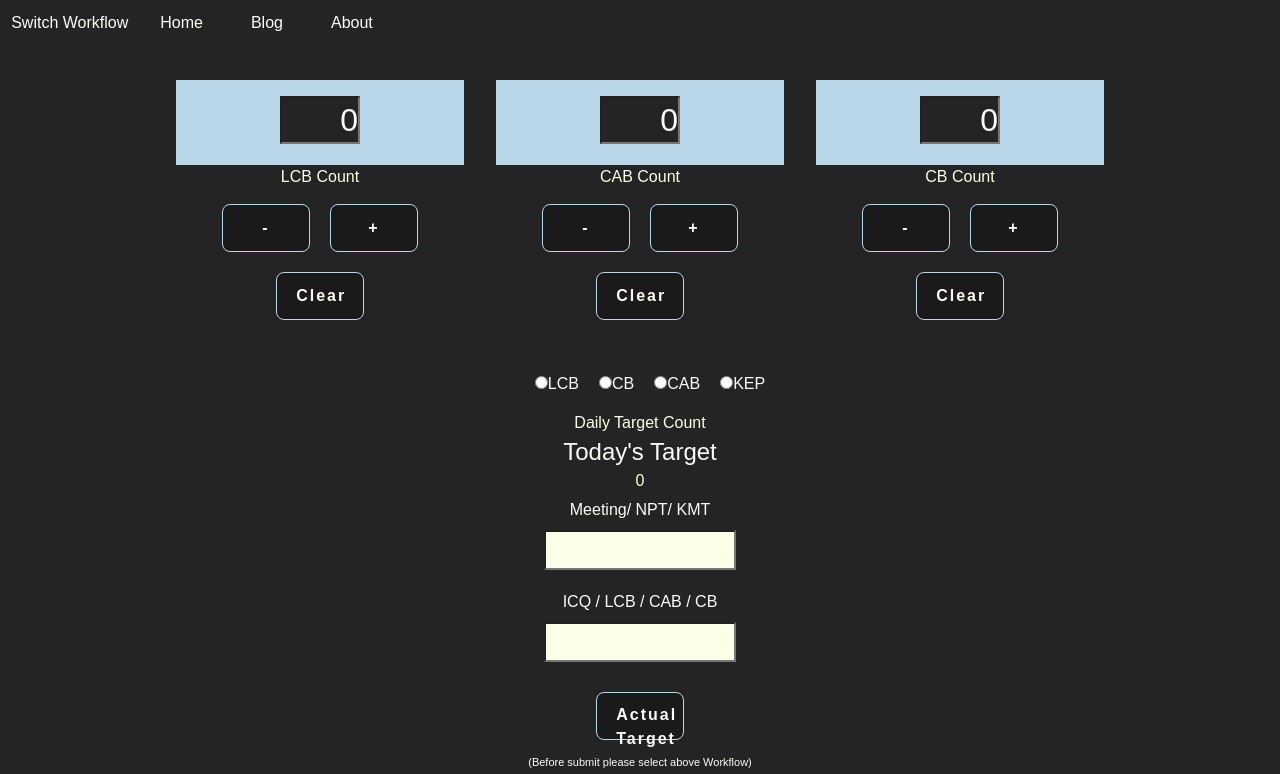
Repository: suraj-yadav7/SwitchWorkflow-Count-reactjs
Page: /
An editor plug-in stored every save of this project. The page is shown before and after the next save, followed by the edit.
The browser window is 1280 px wide. The pictures show the whole page.
Some web fonts or font styles are not loaded; a fallback is used. The project was rebuilt for these pictures with package versions that can differ from the ones it lists, and the page was loaded fresh each time.

Above is the page before, as saved 2023-04-20 11:24:26.

### src/App.js
import './App.css';
import DailyTarget from './Components/DailyTarget';
import TitleCount from './Components/TitleCount';

function App() {
  return (
    <>
    <TitleCount />
    <DailyTarget />
    </>
  );
}

export default App;

### src/App.css
@import url('https://fonts.googleapis.com/css2?family=Orbitron:wght@400;500&family=Roboto:wght@400;500&family=Stardos+Stencil&display=swap');

*{
  margin: 0;
  padding: 0;
  box-sizing: border-box;

  font-family: 'Stardos Stencil',sans-serif;
  font-size: 16px;
  line-height: 24px;
  font-weight: 400;

  /* color-scheme: light dark; */
  color: #FEFBF6;
  background-color: #242424;

  /* font-synthesis: none; */
  /* text-rendering: optimizeLegibility; */
  /* -webkit-font-smoothing: antialiased;
  -moz-osx-font-smoothing: grayscale; */

}
.cardText{
  color: #FCFFE7;
  /* font-size: 1.8rem; */
  margin: 5px;
  font-family: 'Stardos Stencil', cursive, sans-serif;

}
.inputArea{
  background-color: #FCFFE7;
  font-family: 'Stardos Stencil', cursive,;
  color: red;
  font-size: 1.4rem;
  height: 2.5rem;
  width: 60%;
}

button{
  width: 5.5rem;
  margin: 10px;
  height: 3rem;
  border-radius: 8px;
  border: 0.5px solid #BAD7E9;
  padding: 0.6em 1.2em;
  font-size: 1rem;
  letter-spacing: 2px;
  font-weight: 700;
  font-family: 'Stardos Stencil', cursive, sans-serif;
  background-color: #1a1a1a;
  cursor: pointer;
  transition: border-color 0.25s;
}
button:hover {
  border-color: #646cff;
}
button:focus,
button:focus-visible {
  outline: 4px auto -webkit-focus-ring-color;
}
a{
  font-weight: 500;
  color: #646cff;
  text-decoration: inherit;
}
a:hover {
  color: #535bf2;
}
li,a{
  list-style: none;
}
/* Nav bar */
nav{
  width: 100%;
  height: 3rem;
  display: flex;
  padding: 0.7rem;
  font: 400 1.2rem san-serif;
}
nav > ul{
  display: flex;
  gap: 3rem;
  margin-left: 2rem;
}

.container1{
  display:flex ;
  justify-content: center;
  align-items: center;
  gap: 2rem;
  padding: 2rem;
}

.card-body{
  text-align: center;
}
.card{
  background-color :#BAD7E9;
}

.card >input{
  width: 5rem;
  height: 3rem;
  font-size: 2rem;
  text-align: right;
  margin:1rem  6.5rem;
}

/* Daily Target style */
.dailyTarget{
  align-items: center;
  display: flex;
  justify-content: center;
}

.textType{
  display: flex;
  flex-direction: column;
  width: 20rem;
  align-items: center;
  justify-content: center;
}
.textType >input{
  margin: 8px 0px 20px 0px;
  text-align: center;
}

.radioBtn >input{
  margin-left: 20px;
}

/* gitcode */

### src/Components/DailyTarget.jsx
import React from 'react'
import {useState, useEffect} from "react"
const DailyTarget = () => {
        const [target, setTarget] = useState({
            targ:0,
            npt:0,
            icq:0
        })

        const [radioBtn, setradioBtnClick] = useState("")

        const inputVal1 = (e)=>{
            let val = parseInt(e.target.value)
            console.log(val)
            setTarget((prev)=> ({...prev, npt:val || 0}))
        }

        const inputVal2 = (e)=>{
            let val = parseInt(e.target.value)
            console.log(val)
            setTarget((prev)=> ({...prev, icq:val || 0}))

        }

        const targetHandle = (e) =>{
            if(radioBtn === "LCB"){
                let output = ((955-target.icq)-((parseInt((target.npt/0.502).toFixed())) - parseInt((target.icq/6).toFixed())))
                setTarget((prev)=>({...prev,targ:output}))
            }
            else if(radioBtn === "CB") {
                let output = ((310-target.icq)-((parseInt((target.npt/1.548).toFixed())) - parseInt((target.icq/6).toFixed())))
                // let output = parseInt(310-((parseInt((target.npt).toFixed())) + parseInt((target.icq/6).toFixed())))
                // console.log(310-((target.npt/1.548) + (target.icq/6)))
                setTarget((prev)=>({...prev,targ:output}))
                console.log("the final reulst",target.targ)
            }
            else if(radioBtn === "CAB") {
                let output = ((442-target.icq)-((parseInt((target.npt/1.085).toFixed())) + parseInt((target.icq/6).toFixed())))
                setTarget((prev)=>({...prev,targ:output}))
            }

        }
            useEffect(()=>{
                setTarget((prev)=>({...prev,targ:0}))
            },[radioBtn])

    return (
        <>
            <div className='dailyTarget'>
                <div class="card card2" >
                    <div class="card-body textType">
                    <div className="radioBtn" style={{margin: "10px"}}>
                        <input type='radio' onChange={e => setradioBtnClick(e.target.value)} name="workFlow" value="LCB"/>LCB
                        <input type='radio'onChange={e => setradioBtnClick(e.target.value)} name="workFlow" value="CB"/>CB
                        <input type='radio' onChange={e => setradioBtnClick(e.target.value)} name="workFlow" value="CAB"/>CAB
                        <input type='radio'onChange={e => setradioBtnClick(e.target.value)} name="workFlow" value="KEP"/>KEP
                    </div>
                        <h5 class="card-title cardText">Daily Target Count</h5>
                        <span style={{fontSize: "1.5rem"}}>Today's Target</span><h3 className='cardText'>{target.targ<=0?0:target.targ}</h3>
                        <span>Meeting/ NPT/ KMT</span><input type='text' name="npt"  className='inputArea' onChange={inputVal1} />
                        <span>ICQ / LCB / CAB / CB</span><input type='text' name="icq"  className='inputArea' onChange={inputVal2} />
                        <button  onClick={targetHandle}>Actual Target</button>
                        <p style={{fontSize: "11px"}}>(Before submit please select above Workflow)</p>
                    </div>
                </div>

            </div>
        </>
    )
}

export default DailyTarget

### src/Components/TitleCount.jsx
import React from 'react'
import { useState, useEffect } from 'react'
const TitleCount = () => {

    const [lcbCount, setLcbCount] = useState(parseInt(localStorage.getItem("lcbKey")) || 0)
    const [cbCount, setcbCount] = useState(parseInt(localStorage.getItem("cbKey")) || 0)
    const [cabCount, setCabCount] = useState(parseInt(localStorage.getItem("cabKey")) || 0)

    useEffect(()=>{
        localStorage.setItem("lcbKey", lcbCount)
        localStorage.setItem("cbKey", cbCount)
        localStorage.setItem("cabKey", cabCount)
    },[lcbCount,cbCount,cabCount])

    return (
        <>
        <nav>
            <span>Switch Workflow</span>
                <ul>
                    <li>Home</li>
                    <li>Blog</li>
                    <li>About</li>
                </ul>
        </nav>
            <div className="container1">
                <div class="card" style={{width: "18rem"}}>
                    <input type='text' name="lcbCount" value={lcbCount}/>
                    <div class="card-body">
                        <h5 class="card-title cardText">LCB Count</h5>
                        <button onClick={()=>setLcbCount(val => (lcbCount>0 ? val-1: 0))}>-</button>
                        <button onClick={()=>setLcbCount(val => val+1)}>+</button>
                        <button onClick={()=>setLcbCount(0)}>Clear</button>
                    </div>
                </div>
                <div class="card" style={{width: "18rem"}}>
                    <input type='text' name="cabCount" value={cabCount}/>
                    <div class="card-body">
                        <h5 class="card-title cardText">CAB Count</h5>
                        <button onClick={()=>setCabCount(val => (cabCount>0 ? val-1: 0))}>-</button>
                        <button onClick={()=>setCabCount(val => val+1)}>+</button>
                        <button onClick={()=>setCabCount(0)}>Clear</button>
                    </div>
                </div>
                <div class="card" style={{width: "18rem"}}>
                    <input type='text' name="cbCount" value={cbCount}/>
                    <div class="card-body">
                        <h5 class="card-title  cardText ">CB Count</h5>
                        <button onClick={()=>setcbCount(val => (cbCount>0 ? val-1: 0))}>-</button>
                        <button onClick={()=>setcbCount(val => val+1)}>+</button>
                        <button onClick={()=>setcbCount(0)}>Clear</button>
                    </div>
                </div>
            </div>

        </>
    )
}

export default TitleCount

Loaded but not shown: src/index.js (common file)

After the next save:
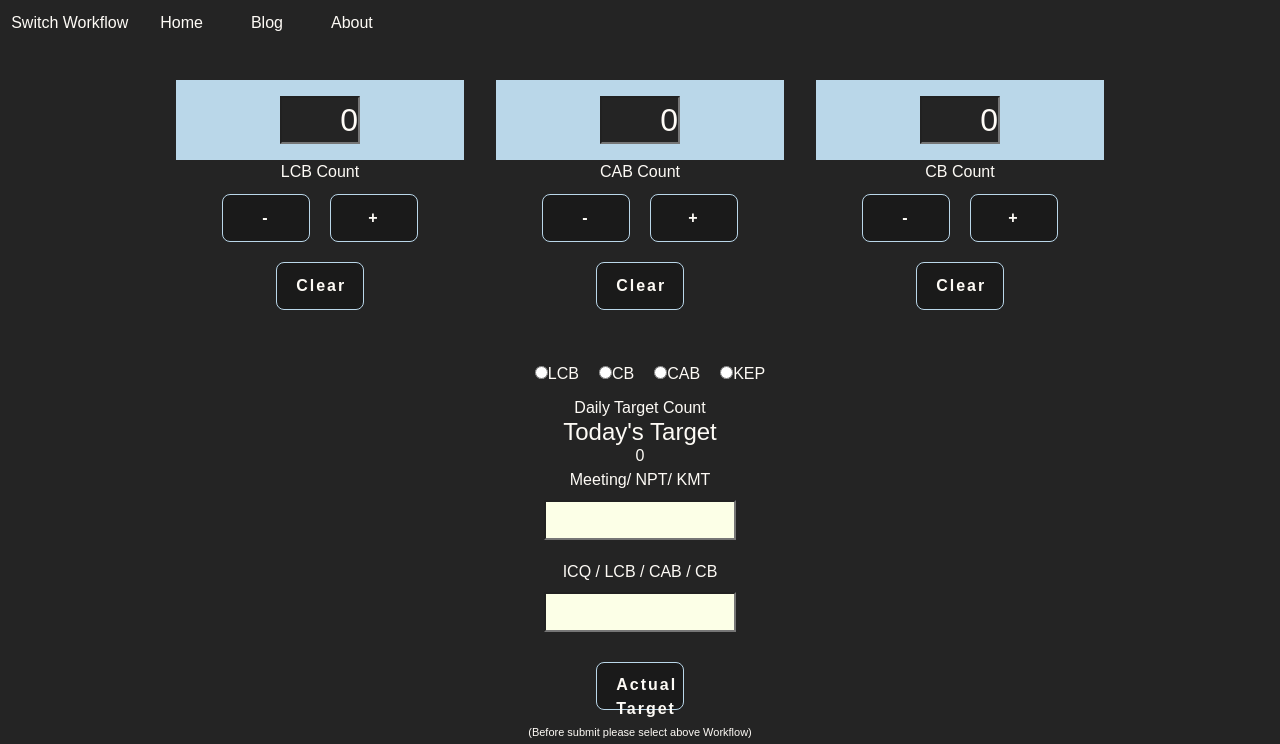
Saved 11 s later.
--- a/src/App.css
+++ b/src/App.css
@@ -20,7 +20,7 @@
   -moz-osx-font-smoothing: grayscale; */
 
 }
-.cardText{
+.cardText2{
   color: #FCFFE7;
   /* font-size: 1.8rem; */
   margin: 5px;
